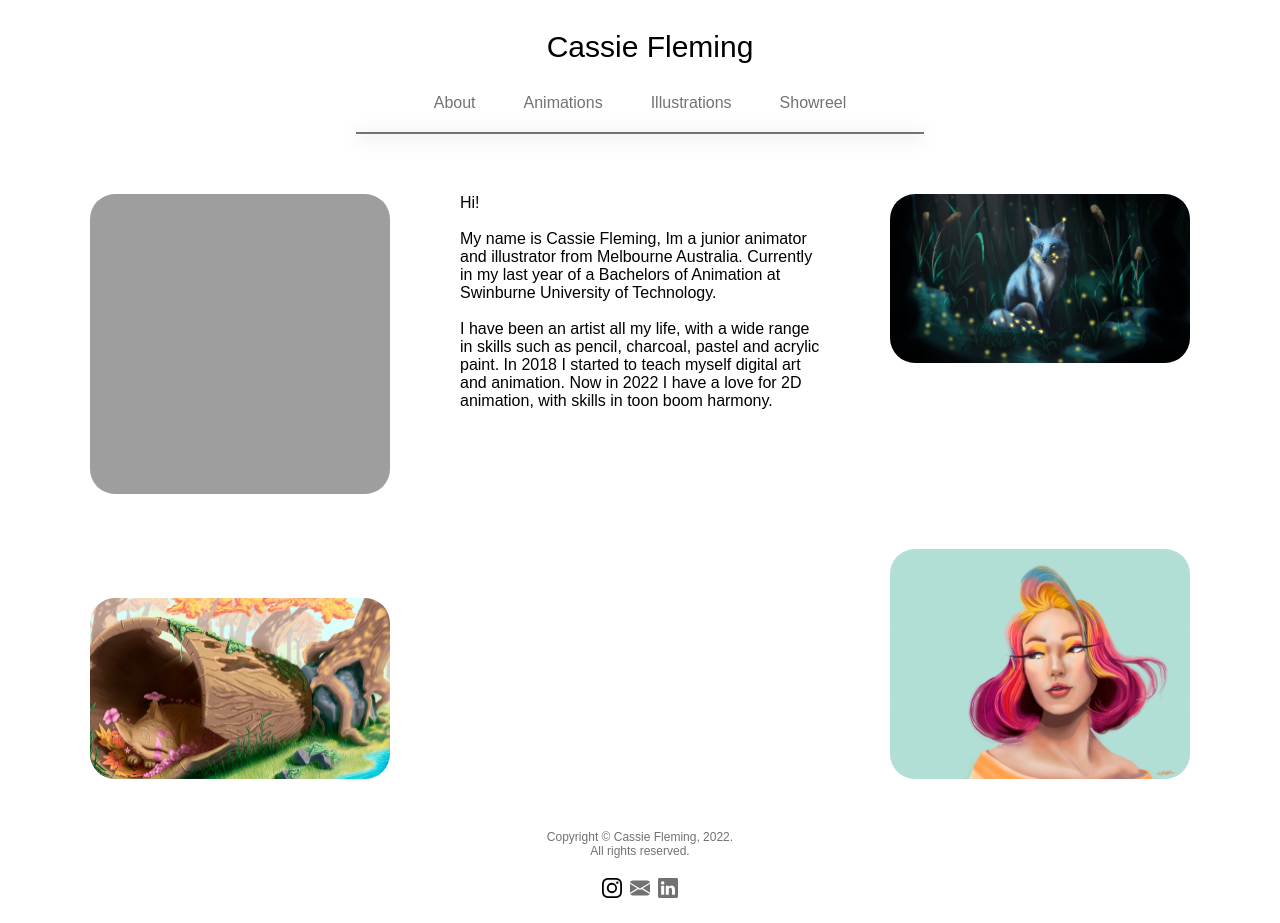
Repository: David-Waite/Cassie-Fleming-portfolio
Page: /
The author's editor kept a copy of each file at every save. The page is drawn from the files as they stood at one save, then again after the next save.
The browser window is 1280 px wide. The pictures show the whole page.
Pictures or frames that could not be fetched are drawn as grey boxes. Some web fonts or font styles are not loaded; a fallback is used. The project was rebuilt for these pictures with package versions that can differ from the ones it lists, and the page was loaded fresh each time. The framework's server and built-in components were replaced by stand-ins that run in the browser. Also part of the build but not shown: next.config.js.

Above is the page before, as saved 2022-09-11 17:30:43.

### pages/index.js
import Head from "next/head";
import Image from "next/image";
import styles from "../styles/Home.module.css";

export default function Home() {
  return (
    <div className={styles.layout}>
      <div className={`${styles.photoContainer} ${styles.photoContainerLeft}`}>
        <div>
          <Image
            className={styles.photo}
            src="/Cassie.png"
            height={3024}
            width={3024}
            alt="Photo of me, Cassie Fleming"
          />
        </div>
        <div className={styles.photo}>
          <Image
            className={styles.photo}
            src="/cherry blossom.2.jpg"
            height={725}
            width={1200}
            alt="Cherry Blossom covered fox, taking a nap in a hollowed tree log, by the river"
          />
        </div>
      </div>

      <div className={styles.aboutText}>
        Hi!
        <br />
        <br />
        My name is Cassie Fleming, Im a junior animator and illustrator from
        Melbourne Australia. Currently in my last year of a Bachelors of
        Animation at Swinburne University of Technology.
        <br />
        <br /> I have been an artist all my life, with a wide range in skills
        such as pencil, charcoal, pastel and acrylic paint. In 2018 I started to
        teach myself digital art and animation. Now in 2022 I have a love for 2D
        animation, with skills in toon boom harmony.
      </div>
      <div className={styles.photoContainer}>
        <div className={styles.photo}>
          <Image
            className={styles.photo}
            src="/fox.png"
            height={1080}
            width={1920}
            alt="glowing fox"
          />
        </div>
        <div className={styles.photo}>
          <Image
            className={styles.photo}
            src="/Inkedhuman.jpg"
            height={930}
            width={1211}
            alt="girl with cool hair a swaggie eyes"
          />
        </div>
      </div>
    </div>
  );
}

### components/Layout.js
import Link from "next/link";
import React, { useState } from "react";
import { Instagram, Linkedin, EnvelopeFill } from "react-bootstrap-icons";

export default function Layout({ children }) {
  const [navClass, setNavClass] = useState("");

  function toggleNav() {
    setNavClass((navClass) => {
      return navClass === "change" ? "" : "change";
    });
  }

  return (
    <div className={`layout ${navClass}`}>
      <header className="header">
        <h1>
          <Link href="/">
            <a>Cassie Fleming</a>
          </Link>
        </h1>

        <div className="navbar-icon" onClick={toggleNav}>
          <div className="bar1"></div>
          <div className="bar2"></div>
          <div className="bar3"></div>
        </div>

        <nav>
          <Link href="/">
            <a>About</a>
          </Link>
          <Link href="/">
            <a>Animations</a>
          </Link>
          <Link href="/">
            <a>Illustrations</a>
          </Link>
          <Link href="/">
            <a>Showreel</a>
          </Link>
        </nav>
      </header>
      <div className="navbar-line"></div>

      {children}
      <footer>
        <p>Copyright &copy; Cassie Fleming, 2022.</p>
        <p>All rights reserved.</p>
        <div className="social">
          <span>
            <Link href="http://www.google.com">
              <a>
                <Instagram />
              </a>
            </Link>
          </span>
          <span>
            <EnvelopeFill />
          </span>
          <span>
            <Linkedin />
          </span>
        </div>
      </footer>
    </div>
  );
}

### styles/globals.css
@import url("https://fonts.googleapis.com/css2?family=Zen+Maru+Gothic:wght@300;400;500;700&display=swap");

* {
  font-family: "Zen Maru Gothic", sans-serif;
  box-sizing: border-box;
  margin: 0;
  padding: 0;
}

.layout {
  margin: 30px 30px 0;
  display: flex;
  flex-direction: column;
  align-items: center;
  position: relative;
  min-height: calc(100vh - 30px);

  padding-bottom: 140px;
  text-align: center;
}

h1 {
  font-weight: 400;
  font-size: 30px;
  margin-bottom: 30px;
  margin-left: 20px;
}

a:hover {
  color: black;
}

a {
  text-decoration: none;
  color: black;
}
.hover {
  color: red;
}
nav a {
  color: #727272;
  margin: 24px;
  font-size: 16px;
}
.navbar-line {
  width: 568px;
  box-shadow: rgba(0, 0, 0, 0.35) 0px 3px 17px;
  margin: 20px 0 60px;
  border: #727272 solid 1px;
}
footer {
  position: absolute;
  bottom: 0px;
  font-size: 12px;
  color: #727272;
}
/* navBar icon */
.navbar-icon {
  display: none;
  cursor: pointer;
  margin-right: 20px;
}

.bar1,
.bar2,
.bar3 {
  width: 20px;
  height: 3px;
  background-color: #727272;
  margin: 4px 0;
  transition: 0.4s;
  border-radius: 5px;
}

.change .bar1 {
  transform: translate(0, 7px) rotate(-45deg);
}

.change .bar2 {
  opacity: 0;
}

.change .bar3 {
  transform: translate(0, -7px) rotate(45deg);
}

.social {
  padding: 20px;
}
.social span {
  margin: 0 4px;
  font-size: 20px;
}

@media (max-width: 810px) {
  .layout {
    margin: 20px 20px 0;
  }
  header {
    position: relative;
    display: flex;
    align-items: center;
    justify-content: space-between;
    width: 100vw;
  }
  .navbar-icon {
    display: inline-block;
  }
  h1 {
    font-size: 20px;
    margin-bottom: 0;
  }

  nav {
    position: absolute;
    top: 50px;
    display: flex;
    flex-direction: column;
    width: 100vw;
    height: 0px;
    transition: 0.5s;
    z-index: 1;
    background-color: white;
    overflow: hidden;
  }
  nav a {
    display: flex;
    justify-content: center;
    align-items: center;
    margin: 0;
    height: 50px;
  }
  .change nav {
    height: 100vh;
  }
  a:hover {
    background-color: #c4c3c3;
  }

  .navbar-line {
    width: 100vw;
  }
  .change .layout {
    margin-top: 20px;
  }
}

### styles/Home.module.css
.layout {
  display: grid;
  grid-template-columns: 1fr 1fr 1fr;
  gap: 70px;
}

.aboutText {
  max-width: 600px;
  min-width: 300px;
  text-align: start;
}

.photoContainer {
  display: flex;
  flex-direction: column;
  justify-content: space-between;
  max-width: 300px;
  gap: 100px;
}

.photoContainerLeft {
  margin-left: auto;
}
.photo {
  border-radius: 25px;
}
.profile {
  display: none;
}

@media (max-width: 1000px) {
  .layout {
    gap: 20px;
  }
}
@media (max-width: 810px) {
  .layout {
    display: inline;
  }
  .photo {
    display: none;
  }
  .photoContainerLeft {
    margin: 0 auto 30px;
    max-width: 400px;
  }
  .aboutText {
    max-width: 400px;
  }
}

Loaded but not shown: pages/_app.js (common file)

After the next save:
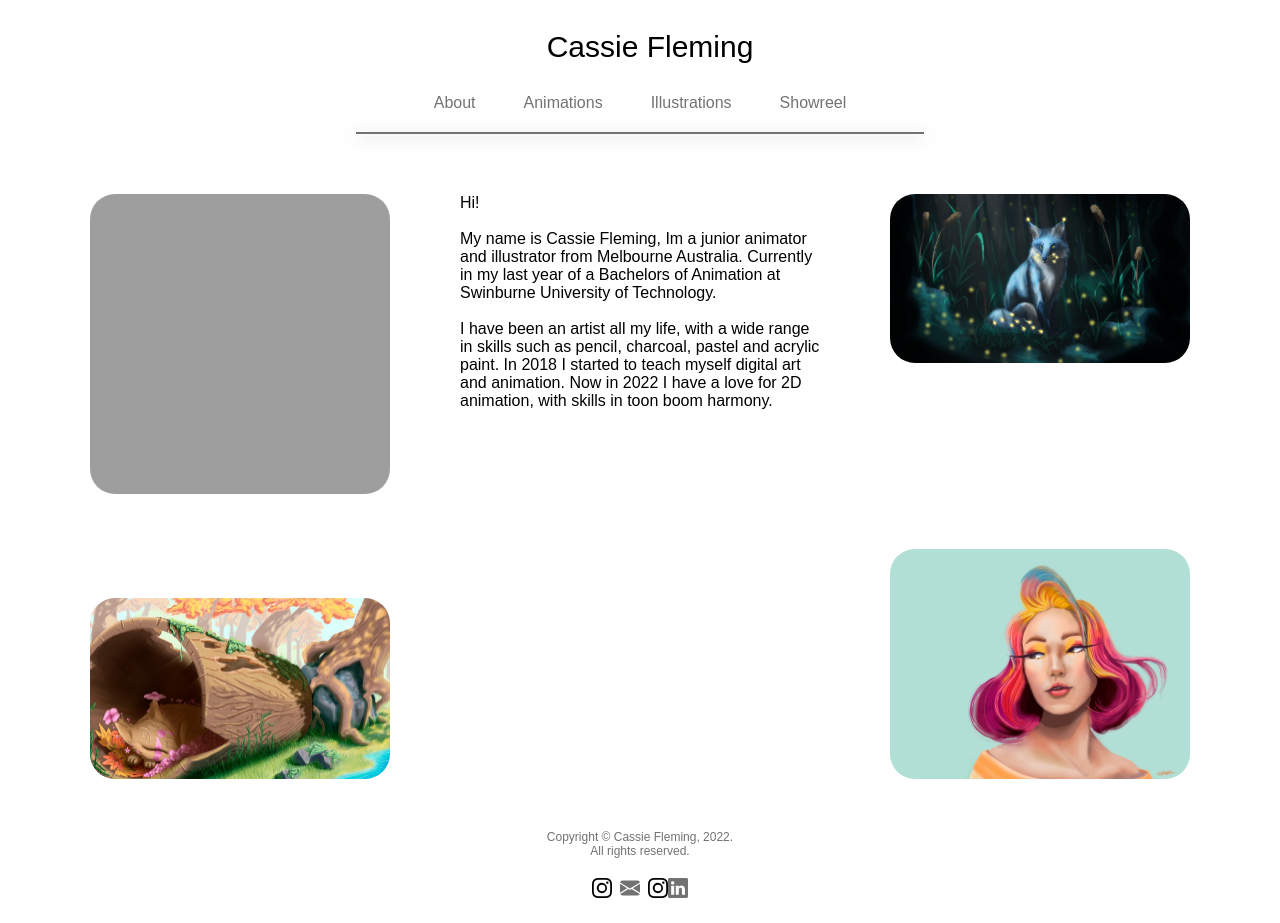
Saved 55 s later.
--- a/components/Layout.js
+++ b/components/Layout.js
@@ -59,6 +59,11 @@ export default function Layout({ children }) {
             <EnvelopeFill />
           </span>
           <span>
+            <Link href="http://www.google.com">
+              <a>
+                <Instagram />
+              </a>
+            </Link>
             <Linkedin />
           </span>
         </div>
